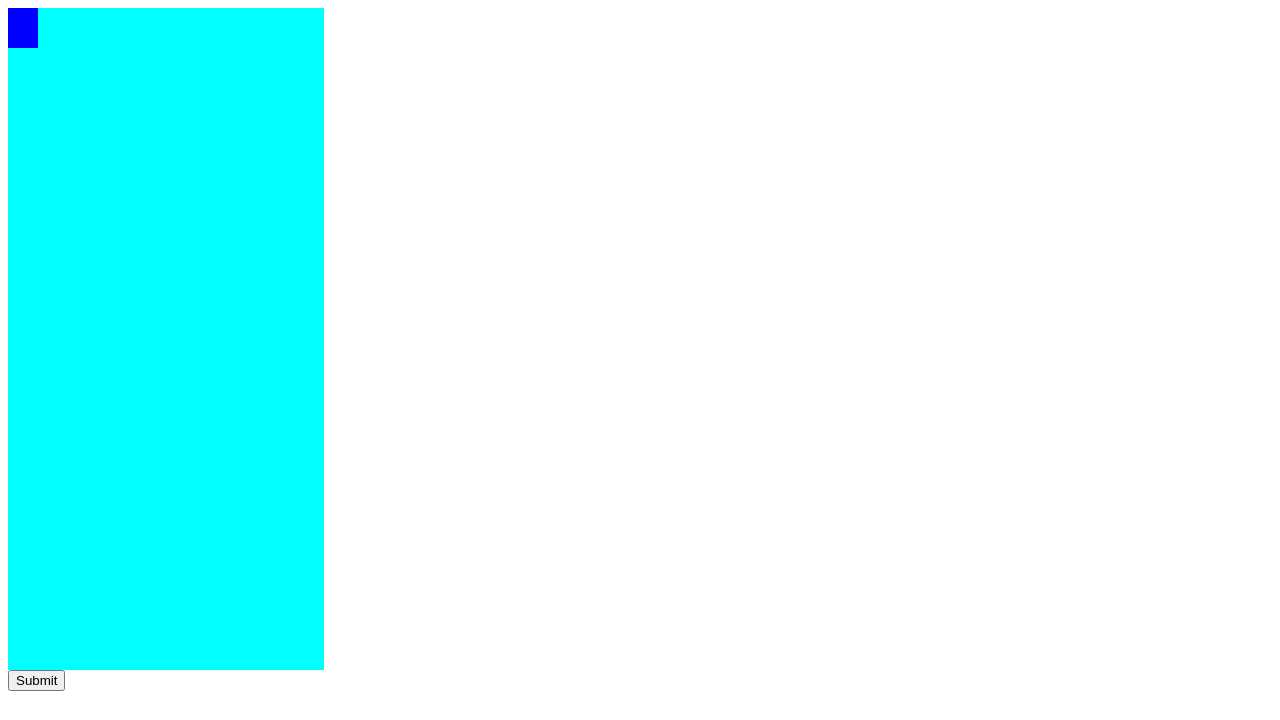
Repository: tr2cky/barrage
Page: index.html
An editor plug-in stored every save of this project. The page is shown before and after the next save, followed by the edit.
The browser window is 1280 px wide. The pictures show the whole page.

Above is the page before, as saved 2022-10-03 13:37:12.

### index.html
<!DOCTYPE html>
<html lang="en">

<head>
    <meta charset="UTF-8">
    <meta http-equiv="X-UA-Compatible" content="IE=edge">
    <meta name="viewport" content="width=device-width, initial-scale=1.0">
    <link rel="stylesheet" href="style.css">
    <title>Document</title>
</head>

<body>
    <div class="container">
        <div class="side">
            <div class="box1"></div>
        </div>
        <div id="circle"></div>
        <main>
            <div class="header">
                <div class="boxheader"></div>
            </div>
            <article>
                <div class="article-container">
                    <div class="search"></div>
                    <button>Submit</button>
                </div>
            </article>
        </main>
    </div>
</body>

</html>

### style.css
.container {
    display: grid;
    grid-template-columns: 1fr 3fr;
}
.side {
    background-color: aqua;
    height: 92vh;
}
.box1 {
    background-color: blue;
    width: 10px;
    height: 20px;
    padding: 10px;

}

After the next save:
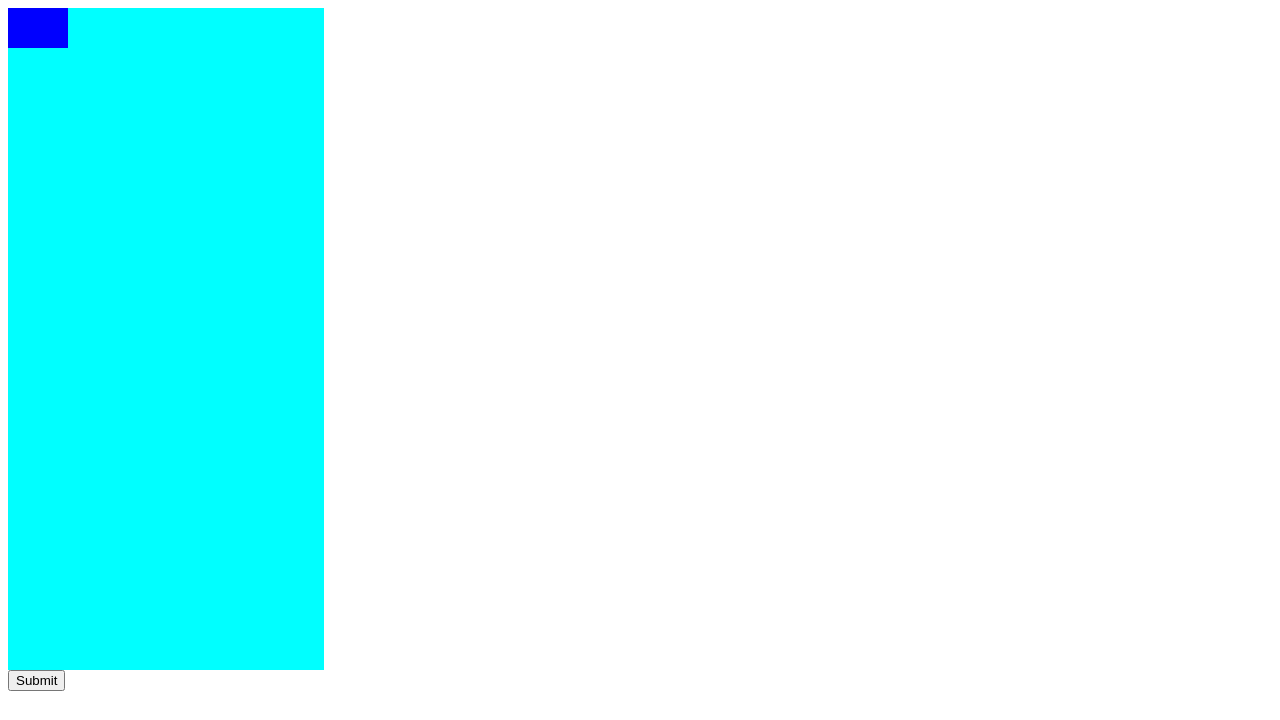
Saved 7 s later.
--- a/style.css
+++ b/style.css
@@ -8,7 +8,7 @@
 }
 .box1 {
     background-color: blue;
-    width: 10px;
+    width: 40px;
     height: 20px;
     padding: 10px;
 
